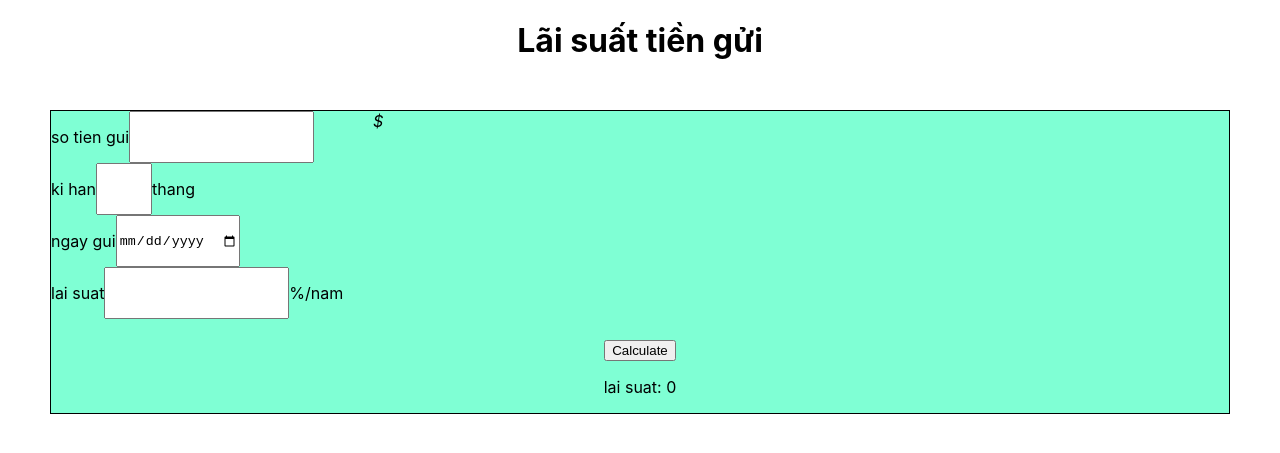
Repository: Trinvm1997/ReactExercise
Page: / (app in interest_rate/)
These files come from the project's save history. The page is drawn as it stood at one moment and after the next save; the edit follows.
The browser window is 1280 px wide. The pictures show the whole page.
The project was rebuilt for these pictures with package versions that can differ from the ones it lists, and the page was loaded fresh each time.

Above is the page before, as saved 2020-12-24 10:13:51.

### interest_rate/src/App.js
import './App.css';
import React, { Component } from 'react';

class App extends Component {
  constructor(props) {
    super(props);
    this.state = {
      money:0,
      time:0,
      interestRate:0,
      interest:0
    };
    this.handleChange = this.handleChange.bind(this);
    this.handleSubmit = this.handleSubmit.bind(this);
  }

  handleChange(event) {
    const value = event.target.value;
    const name = event.target.name;
    this.setState({
      [name]: value
    });
  }

  handleSubmit(event){
    event.preventDefault();
    this.setState({
      interest: this.state.money*(this.state.time/12)*this.state.interestRate
    })
  }

  render() {
    return (
      <div className="App">
        <h1>Lãi suất tiền gửi</h1>
        <form>
          <div>
          <p>so tien gui</p><input onChange={this.handleChange} name="money" type="number" min="1" step="1"></input><i>$</i>
          </div>
          <div>
          <p>ki han</p><input onChange={this.handleChange} name="time" type="number" min="1" max="36" step="1"></input><p>thang</p>
          </div>
          <div>
          <p>ngay gui</p>
          <input type="date"></input>
          </div>

          <div>
          <p>lai suat</p><input onChange={this.handleChange} name="interestRate" type="number" step="0.01"></input><p>%/nam</p>
          </div>
          <br />
          <button onClick={this.handleSubmit}>Calculate</button>
          <p>lai suat: {this.state.interest}</p>
        </form>
      </div>
    );
  }
}

export default App;

### interest_rate/src/App.css
.App {
  text-align: center;
}

.App-logo {
  height: 40vmin;
  pointer-events: none;
}

@media (prefers-reduced-motion: no-preference) {
  .App-logo {
    animation: App-logo-spin infinite 20s linear;
  }
}

.App-header {
  background-color: #282c34;
  min-height: 100vh;
  display: flex;
  flex-direction: column;
  align-items: center;
  justify-content: center;
  font-size: calc(10px + 2vmin);
  color: white;
}

.App-link {
  color: #61dafb;
}

i {
  margin-left: 5%;
}

@keyframes App-logo-spin {
  from {
    transform: rotate(0deg);
  }
  to {
    transform: rotate(360deg);
  }
}

form {
  margin: 50px;
  border: 1px solid black;
  background-color: aquamarine;
}

form div {
  display: flex;
}

Loaded but not shown: interest_rate/public/index.html (common file); interest_rate/src/index.js (common file); interest_rate/src/index.css (common file); interest_rate/src/reportWebVitals.js (common file)

After the next save:
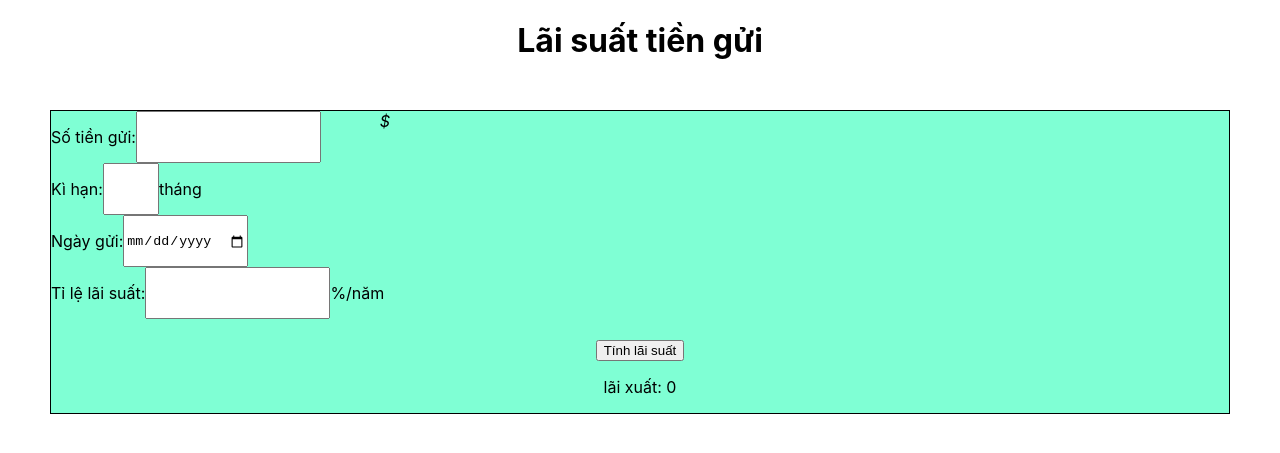
Saved 78 s later.
--- a/interest_rate/src/App.js
+++ b/interest_rate/src/App.js
@@ -35,22 +35,21 @@ class App extends Component {
         <h1>Lãi suất tiền gửi</h1>
         <form>
           <div>
-          <p>so tien gui</p><input onChange={this.handleChange} name="money" type="number" min="1" step="1"></input><i>$</i>
+          <p>Số tiền gửi: </p><input onChange={this.handleChange} name="money" type="number" min="1" step="1"></input><i>$</i>
           </div>
           <div>
-          <p>ki han</p><input onChange={this.handleChange} name="time" type="number" min="1" max="36" step="1"></input><p>thang</p>
+          <p>Kì hạn:</p><input onChange={this.handleChange} name="time" type="number" min="1" max="36" step="1"></input><p>tháng</p>
           </div>
           <div>
-          <p>ngay gui</p>
+          <p>Ngày gửi: </p>
           <input type="date"></input>
           </div>
-
           <div>
-          <p>lai suat</p><input onChange={this.handleChange} name="interestRate" type="number" step="0.01"></input><p>%/nam</p>
+          <p>Tỉ lệ lãi suất: </p><input onChange={this.handleChange} name="interestRate" type="number" step="0.01"></input><p>%/năm</p>
           </div>
           <br />
-          <button onClick={this.handleSubmit}>Calculate</button>
-          <p>lai suat: {this.state.interest}</p>
+          <button onClick={this.handleSubmit}>Tính lãi suất</button>
+          <p>lãi xuất: {this.state.interest}</p>
         </form>
       </div>
     );
